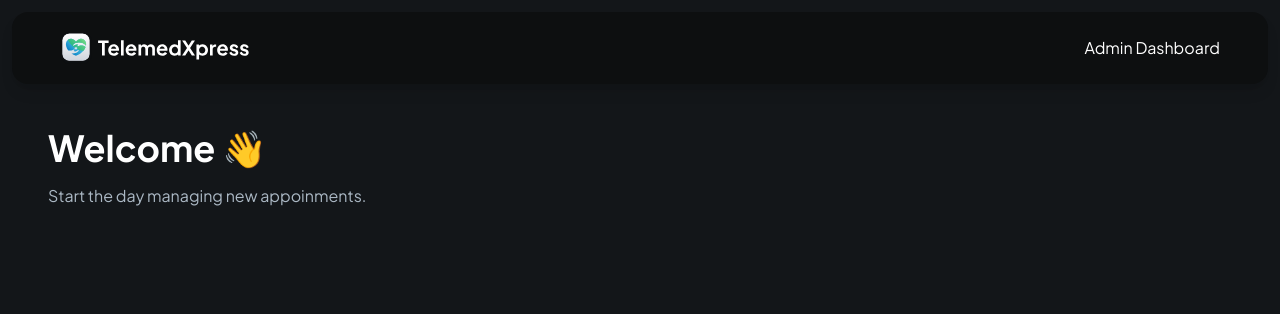
Repository: Carlito-Pedida/telemed
Page: /admin
The author's editor kept a copy of each file at every save. The page is drawn from the files as they stood at one save, then again after the next save.
The browser window is 1280 px wide. The pictures show the whole page.
The project was rebuilt for these pictures with package versions that can differ from the ones it lists, and the page was loaded fresh each time. The framework's server and built-in components were replaced by stand-ins that run in the browser. Also part of the build but not shown: next.config.mjs.

Above is the page before, as saved 2024-11-08 16:00:17.

After the next save:
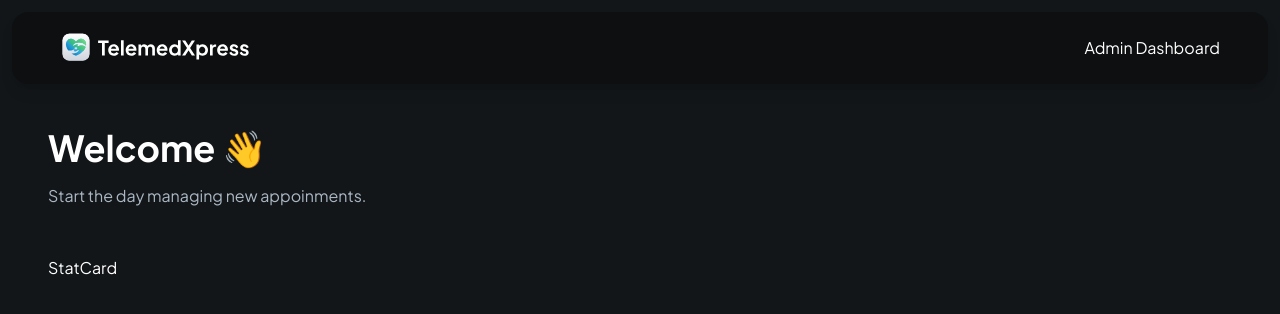
Saved 98 s later.
--- a/app/admin/page.tsx
+++ b/app/admin/page.tsx
@@ -1,3 +1,4 @@
+import StatCard from "@/components/StatCard";
 import Image from "next/image";
 import Link from "next/link";
 import React from "react";
@@ -27,6 +28,15 @@ const Admin = () => {
             Start the day managing new appoinments.
           </p>
         </section>
+
+        <section className="admin-stat">
+          <StatCard
+            type="appointments"
+            count={5}
+            label="Scheduled appointments"
+            icon="/assets/iucons/appointments.svg"
+          />
+        </section>
       </main>
     </div>
   );
